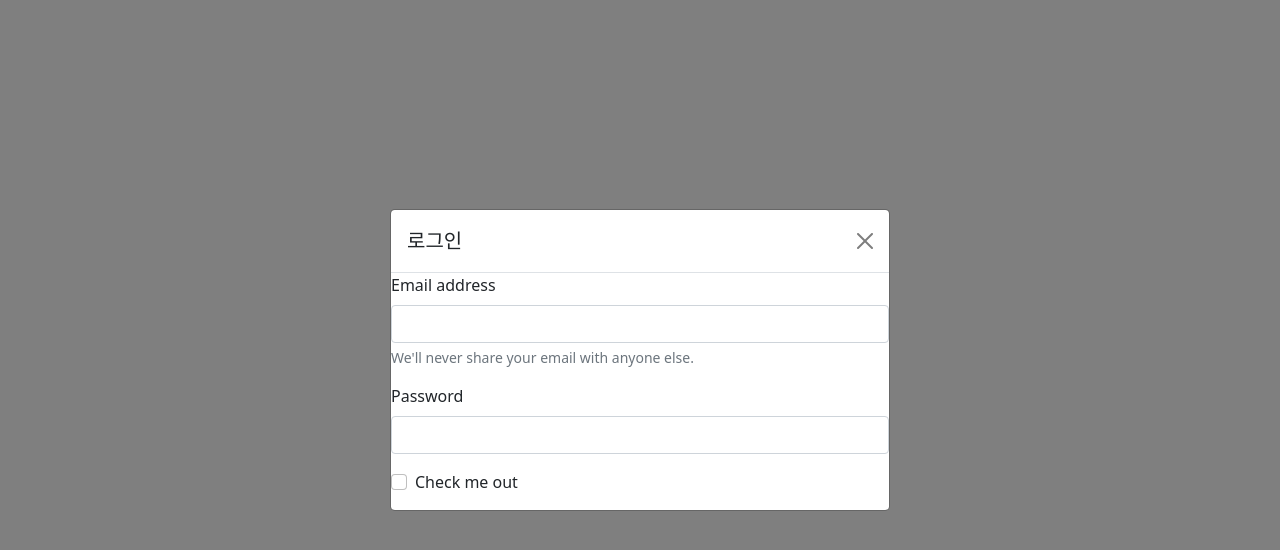
Repository: hyunha95/selfStudy
Page: http://localhost/spring-board/WEB-INF/views/member/login.jsp
An editor plug-in stored every save of this project. The page is shown before and after the next save, followed by the edit.
The browser window is 1280 px wide. The pictures show the whole page.
The page is served by Tomcat 9. Nobody is signed in. Other server files are loaded and not shown. The template is opened directly, without the code that normally fills it, so the values that code supplies are empty.

Above is the page before, as saved 2022-01-15 07:30:03.

### spring_workspace/spring-board/src/main/webapp/WEB-INF/views/member/login.jsp
<%@ page language="java" contentType="text/html; charset=UTF-8"
    pageEncoding="UTF-8"%>
<%@ taglib prefix="c" uri="http://java.sun.com/jsp/jstl/core"%>
<%@ taglib prefix="fmt" uri="http://java.sun.com/jsp/jstl/fmt"%>
<%@ taglib prefix="fn" uri="http://java.sun.com/jsp/jstl/functions"%>
<%@ taglib prefix="sec" uri="http://www.springframework.org/security/tags" %>
<%-- spring-webmvc의존 : security의 csrf토큰 생성 --%>
<%@ taglib prefix="form" uri="http://www.springframework.org/tags/form" %>
<!DOCTYPE html>
<html>
<head>
<!-- Required meta tags -->
<meta charset="utf-8">
<meta name="viewport" content="width=device-width, initial-scale=1">
<title>Insert title here</title>
<script src="https://code.jquery.com/jquery-3.6.0.js" integrity="sha256-H+K7U5CnXl1h5ywQfKtSj8PCmoN9aaq30gDh27Xc0jk=" crossorigin="anonymous"></script>
<link href="https://cdn.jsdelivr.net/npm/bootstrap@5.1.3/dist/css/bootstrap.min.css" rel="stylesheet" integrity="sha384-1BmE4kWBq78iYhFldvKuhfTAU6auU8tT94WrHftjDbrCEXSU1oBoqyl2QvZ6jIW3" crossorigin="anonymous">
<script>
$(() => {
	$(loginModal).modal('show');
});
</script>

</head>
<body>
	<!-- Modal 시작 -->
	<div class="modal fade" id="loginModal" data-bs-backdrop="static" data-bs-keyboard="false" tabindex="-1" aria-labelledby="staticBackdropLabel" aria-hidden="true">
	  <div class="modal-dialog modal-dialog-centered">
	    <div class="modal-content">
	      <div class="modal-header">
	        <h5 class="modal-title" id="staticBackdropLabel">로그인</h5>
	        <button type="button" class="btn-close" data-bs-dismiss="modal" aria-label="Close"></button>
	      </div>
	      <form:form>
	        <div class="mb-3">
			    <label for="exampleInputEmail1" class="form-label">Email address</label>
			    <input type="email" class="form-control" id="exampleInputEmail1" aria-describedby="emailHelp">
			    <div id="emailHelp" class="form-text">We'll never share your email with anyone else.</div>
		    </div>
			<div class="mb-3">
			    <label for="exampleInputPassword1" class="form-label">Password</label>
			    <input type="password" class="form-control" id="exampleInputPassword1">
			</div>
			<div class="mb-3 form-check">
			    <input type="checkbox" class="form-check-input" id="exampleCheck1">
			    <label class="form-check-label" for="exampleCheck1">Check me out</label>
			</div>
	      </form:form>
	    </div>
	  </div>
	</div>
	<!-- Modal 끝 -->
	<script src="https://cdn.jsdelivr.net/npm/bootstrap@5.1.3/dist/js/bootstrap.bundle.min.js" integrity="sha384-ka7Sk0Gln4gmtz2MlQnikT1wXgYsOg+OMhuP+IlRH9sENBO0LRn5q+8nbTov4+1p" crossorigin="anonymous"></script>
</body>
</html>

After the next save:
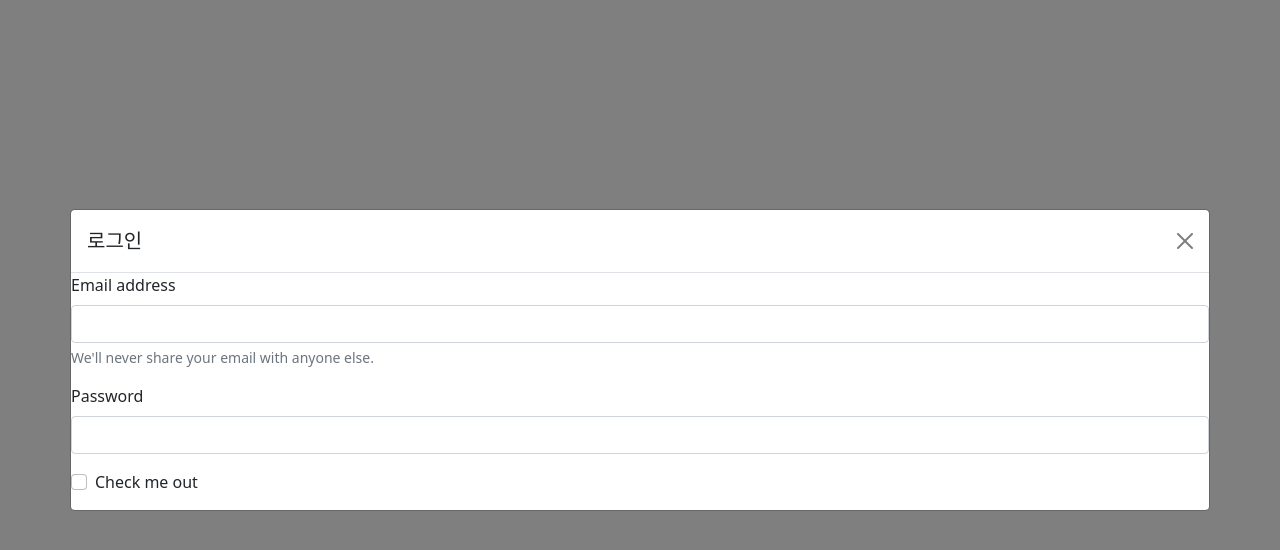
Saved 20 s later.
--- a/spring_workspace/spring-board/src/main/webapp/WEB-INF/views/member/login.jsp
+++ b/spring_workspace/spring-board/src/main/webapp/WEB-INF/views/member/login.jsp
@@ -25,7 +25,7 @@ $(() => {
 <body>
 	<!-- Modal 시작 -->
 	<div class="modal fade" id="loginModal" data-bs-backdrop="static" data-bs-keyboard="false" tabindex="-1" aria-labelledby="staticBackdropLabel" aria-hidden="true">
-	  <div class="modal-dialog modal-dialog-centered">
+	  <div class="modal-dialog modal-dialog-centered modal-xl">
 	    <div class="modal-content">
 	      <div class="modal-header">
 	        <h5 class="modal-title" id="staticBackdropLabel">로그인</h5>
